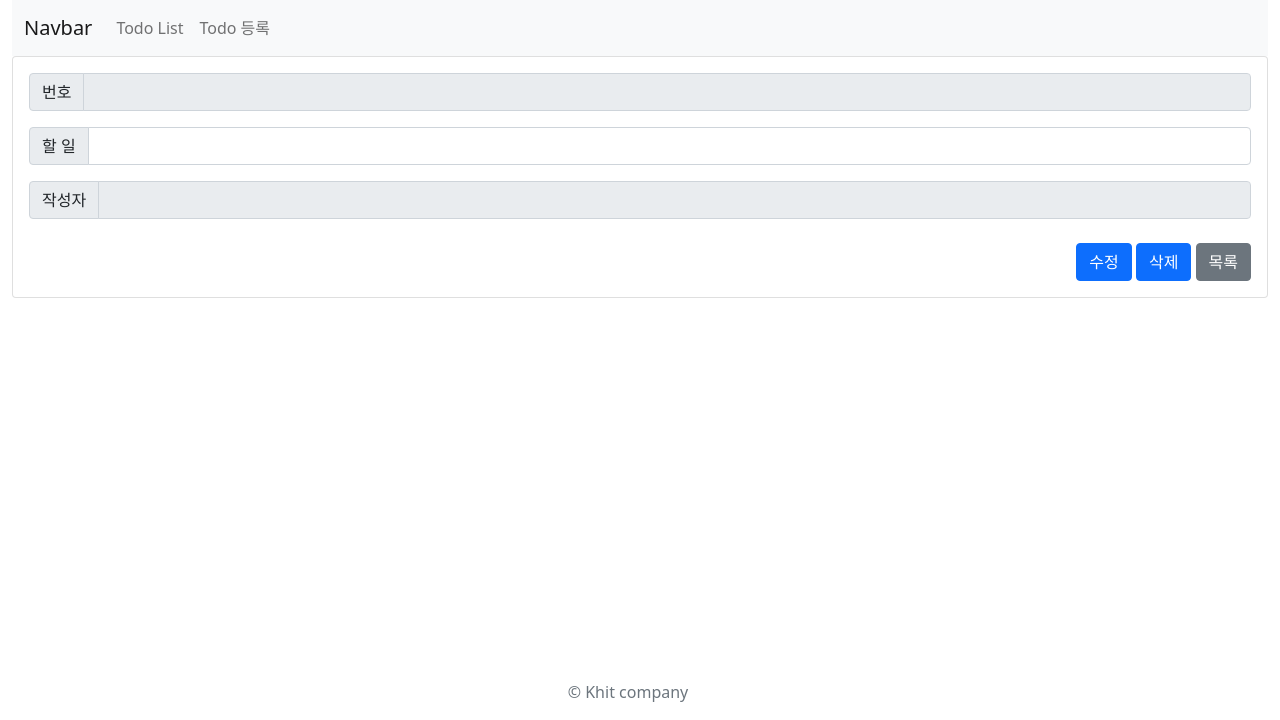
Repository: KyoungHwanJeong/springworks
Page: http://localhost/todoweb/WEB-INF/views/todo/update.jsp
The author's editor kept a copy of each file at every save. The page is drawn from the files as they stood at one save, then again after the next save.
The browser window is 1280 px wide. The pictures show the whole page.
The page is served by Tomcat 9. Nobody is signed in. The template is opened directly, without the code that normally fills it, so the values that code supplies are empty.

Above is the page before, as saved 2024-01-09 02:35:11.
Console error: TypeError: Cannot read properties of null (reading 'addEventListener')

After the next save:
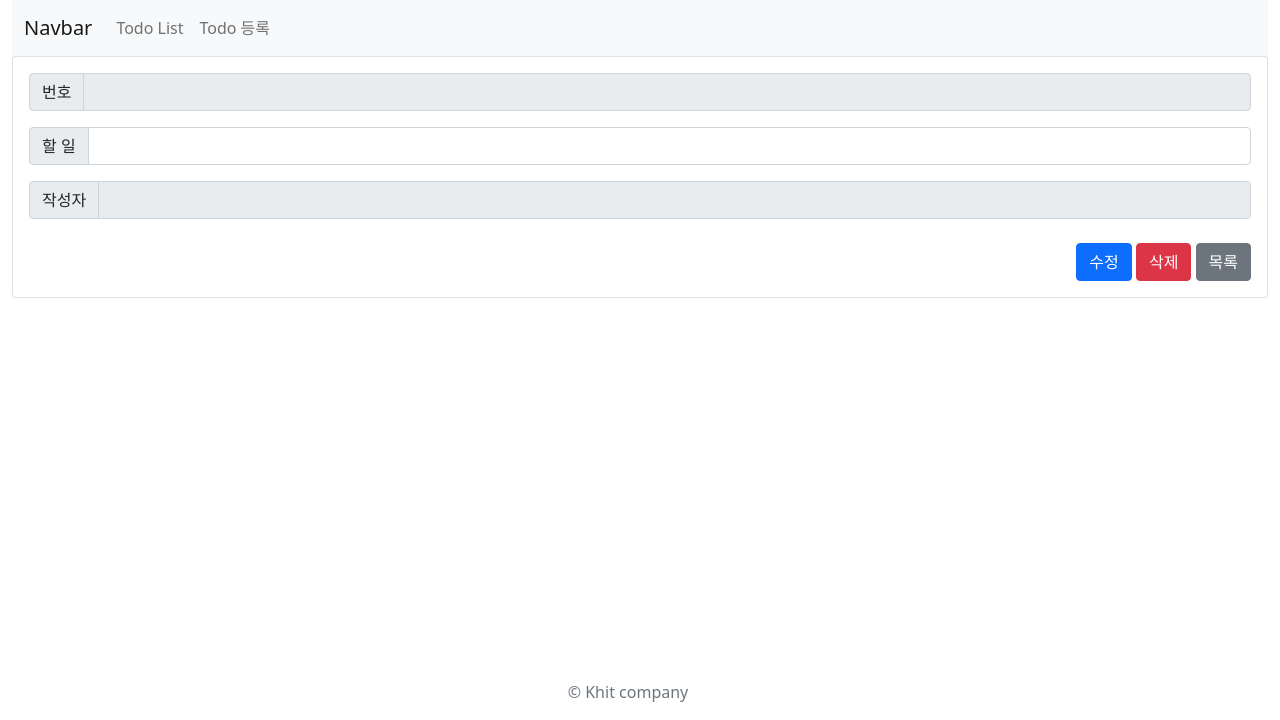
The error is gone.
Saved 10 s later.
--- a/todoweb/src/main/webapp/WEB-INF/views/todo/update.jsp
+++ b/todoweb/src/main/webapp/WEB-INF/views/todo/update.jsp
@@ -34,7 +34,7 @@
 						<div class="my-4">
 							<div class="float-end">
 								<button type="submit" class="btn btn-primary">수정</button>
-								<button type="button" class="btn btn-primary">삭제</button>
+								<button type="button" class="btn btn-danger">삭제</button>
 								<button type="button" class="btn btn-secondary">목록</button>
 							</div>
 						</div><!-- 버튼 닫기 -->
